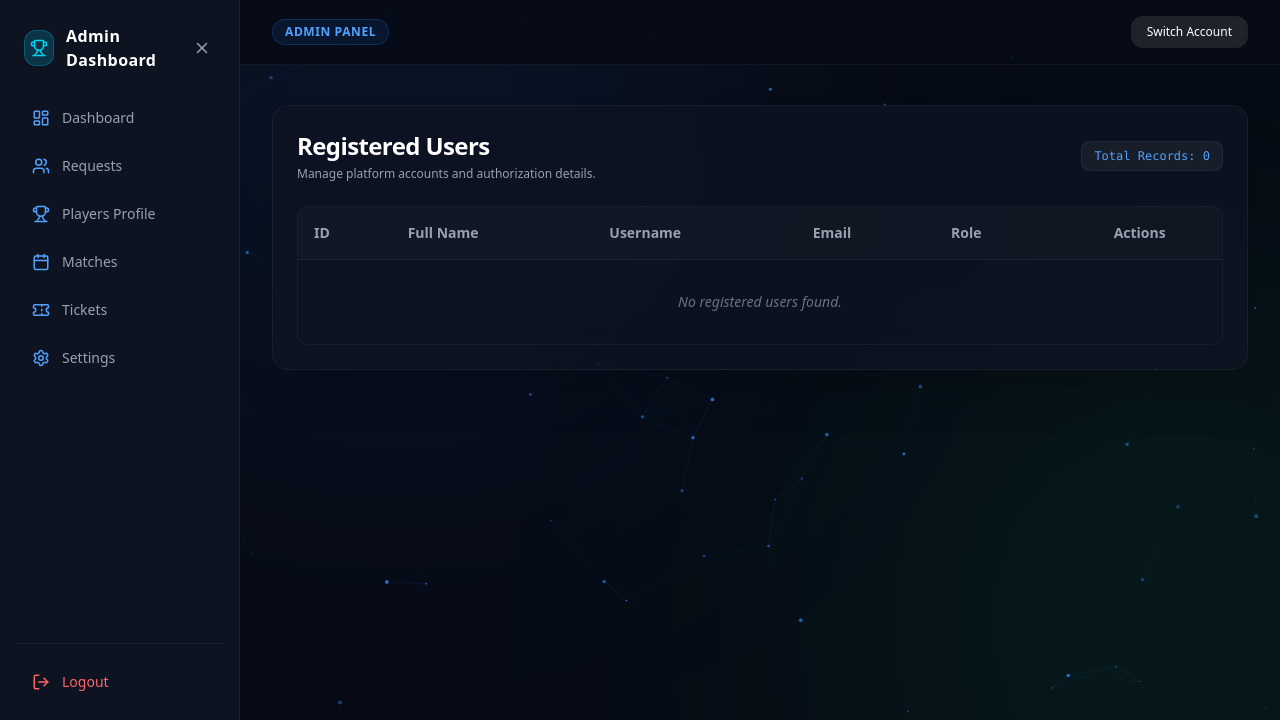
Repository: azeez6789/springboot-footbal-web
Page: /pages/Regrequest (app in client/)
The author's editor kept a copy of each file at every save. The page is drawn from the files as they stood at one save, then again after the next save.
The browser window is 1280 px wide. The pictures show the whole page.
The page's requests for data from a server got no answer. The project was rebuilt for these pictures with package versions that can differ from the ones it lists, and the page was loaded fresh each time. No one was signed in, and anything a server would have sent is missing. Also part of the build but not shown: client/vite.config.js, client/src/common/pages/home.jsx, client/src/common/component/login.jsx, client/src/common/component/register.jsx, client/src/common/component/About.jsx, client/src/common/pages/tournament.jsx, client/src/common/pages/event.jsx, client/src/common/pages/ticket.jsx and 3 more.

Above is the page before, as saved 2026-07-22 13:53:03.

After the next save:
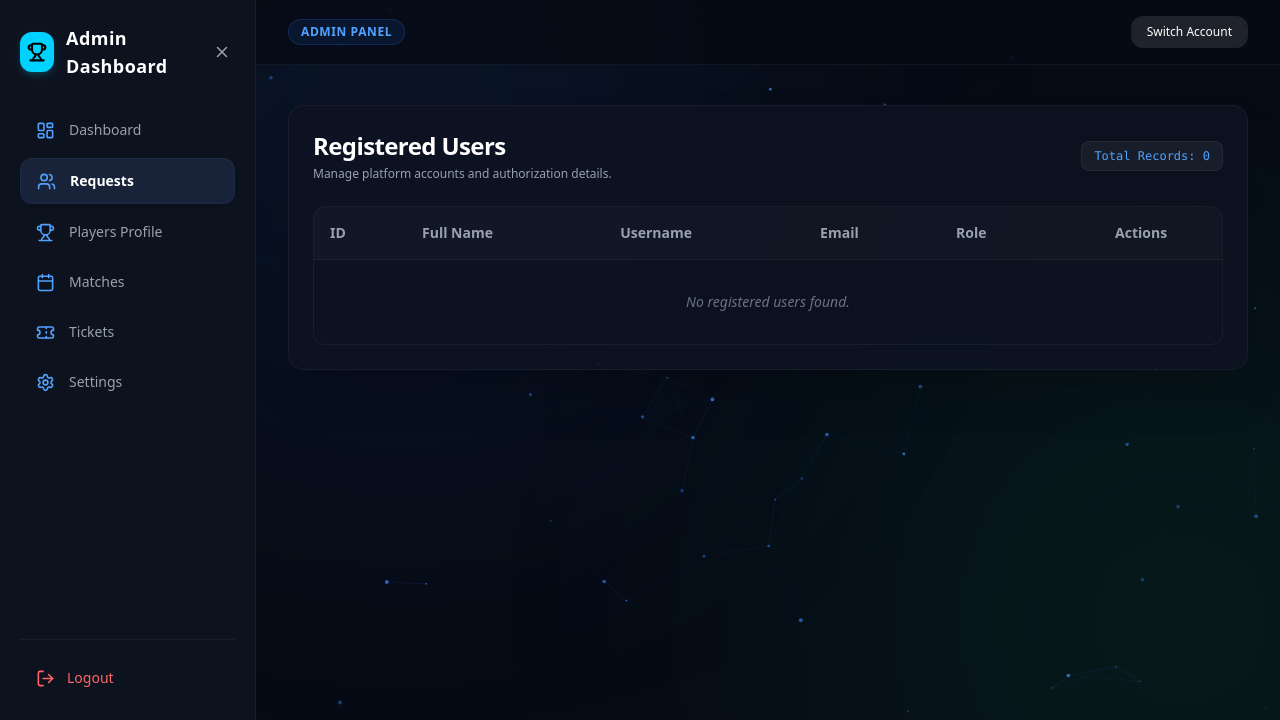
Saved 2 min 6 s later.
--- a/client/src/function-01/pages/registerrequest.jsx
+++ b/client/src/function-01/pages/registerrequest.jsx
@@ -14,33 +14,32 @@ import {
   Settings,
   LogOut,
   X,
-  Search
 } from "lucide-react";
 
 // =========================================================================
-// 🌟 EXACT SIDEBAR COMPONENT (MATCHING DASHBOARD SCREENSHOT)
+// 🌟 SIDEBAR COMPONENT (EXACT SIZE & STYLE OF 2ND IMAGE)
 // =========================================================================
 function Sidebar() {
   const menuClass = ({ isActive }) =>
-    `flex items-center gap-3 px-4 py-3 rounded-xl transition-all duration-200 text-sm font-medium ${
+    `flex items-center gap-3.5 px-4 py-3 rounded-xl transition-all duration-200 text-sm font-medium ${
       isActive
-        ? "bg-blue-600/20 text-white font-semibold shadow-sm border border-blue-500/20"
+        ? "bg-[#182238] text-white font-semibold shadow-sm border border-blue-500/10"
         : "text-gray-400 hover:bg-white/5 hover:text-white"
     }`;
 
   return (
-    <aside className="fixed left-0 top-0 w-60 h-screen bg-[#0e1322] border-r border-white/5 flex flex-col justify-between p-4 z-50">
+    <aside className="fixed left-0 top-0 w-64 h-screen bg-[#0d121f] border-r border-white/5 flex flex-col justify-between p-5 z-50">
 
       {/* ------------------------------------------------------------- */}
-      {/* 📌 SIDEBAR HEADER: LOGO, TITLE & CLOSE BUTTON                  */}
+      {/* 📌 SIDEBAR HEADER                                             */}
       {/* ------------------------------------------------------------- */}
-      <div className="space-y-6">
-        <div className="flex items-center justify-between px-2 pt-2">
+      <div className="space-y-7">
+        <div className="flex items-center justify-between pt-1">
           <div className="flex items-center gap-3">
-            <div className="w-9 h-9 rounded-xl bg-cyan-500/20 text-cyan-400 flex items-center justify-center border border-cyan-500/30">
-              <Trophy size={18} />
+            <div className="w-10 h-10 rounded-xl bg-[#00d2ff] text-black flex items-center justify-center font-bold shadow-md shadow-cyan-500/20">
+              <Trophy size={20} strokeWidth={2.5} />
             </div>
-            <span className="font-bold text-base text-white tracking-wide">
+            <span className="font-bold text-lg text-white tracking-wide">
               Admin Dashboard
             </span>
           </div>
@@ -52,48 +51,48 @@ function Sidebar() {
         {/* ------------------------------------------------------------- */}
         {/* 📌 NAVIGATION MENU LINKS                                      */}
         {/* ------------------------------------------------------------- */}
-        <nav className="space-y-1">
+        <nav className="space-y-1.5">
           <NavLink to="/" className={menuClass}>
-            <LayoutDashboard size={18} className="text-blue-400" />
+            <LayoutDashboard size={19} className="text-blue-400" />
             <span>Dashboard</span>
           </NavLink>
 
-          <NavLink to="/function-01/request" className={menuClass}>
-            <Users size={18} className="text-blue-400" />
+          <NavLink to="/pages/Regrequest" className={menuClass}>
+            <Users size={19} className="text-blue-400" />
             <span>Requests</span>
           </NavLink>
 
           <NavLink to="/function-01/profile" className={menuClass}>
-            <Trophy size={18} className="text-blue-400" />
+            <Trophy size={19} className="text-blue-400" />
             <span>Players Profile</span>
           </NavLink>
 
           <NavLink to="/pages/matches" className={menuClass}>
-            <Calendar size={18} className="text-blue-400" />
+            <Calendar size={19} className="text-blue-400" />
             <span>Matches</span>
           </NavLink>
 
           <NavLink to="/pages/ticket" className={menuClass}>
-            <Ticket size={18} className="text-blue-400" />
+            <Ticket size={19} className="text-blue-400" />
             <span>Tickets</span>
           </NavLink>
 
           <NavLink to="/settings" className={menuClass}>
-            <Settings size={18} className="text-blue-400" />
+            <Settings size={19} className="text-blue-400" />
             <span>Settings</span>
           </NavLink>
         </nav>
       </div>
 
       {/* ------------------------------------------------------------- */}
-      {/* 📌 SIDEBAR FOOTER: LOGOUT BUTTON                              */}
+      {/* 📌 SIDEBAR FOOTER: LOGOUT                                     */}
       {/* ------------------------------------------------------------- */}
       <div className="pt-4 border-t border-white/5">
         <NavLink
           to="/login"
-          className="flex items-center gap-3 px-4 py-3 rounded-xl text-red-400 hover:bg-red-500/10 hover:text-red-300 transition-all font-medium text-sm"
+          className="flex items-center gap-3 px-4 py-3 rounded-xl text-red-400 hover:bg-red-500/10 transition-all font-medium text-sm"
         >
-          <LogOut size={18} />
+          <LogOut size={19} />
           <span>Logout</span>
         </NavLink>
       </div>
@@ -280,22 +279,20 @@ export default function RegisterRequest() {
   return (
     <div className="min-h-screen bg-[#070b15] text-white selection:bg-blue-500/30 relative overflow-hidden font-sans flex">
 
-      {/* ------------------------------------------------------------- */}
-      {/* 📌 RENDER EXACT SIDEBAR HERE                                  */}
-      {/* ------------------------------------------------------------- */}
+      {/* RENDER EXACT SIDEBAR */}
       <Sidebar />
 
       {/* CANVAS BACKGROUND */}
       <StarryBackground />
 
-      {/* BACKGROUND AMBIENT GLOW */}
+      {/* BACKGROUND GLOW */}
       <div className="fixed w-[600px] h-[600px] bg-blue-500/10 blur-[160px] rounded-full top-[-200px] left-[100px] pointer-events-none z-0" />
       <div className="fixed w-[600px] h-[600px] bg-green-400/10 blur-[180px] rounded-full bottom-[-200px] right-[-200px] pointer-events-none z-0" />
 
       {/* ------------------------------------------------------------- */}
-      {/* 📌 MAIN CONTENT AREA (Offset by ml-60 for Sidebar space)       */}
+      {/* 📌 MAIN CONTENT AREA (Offset by ml-64 to match Sidebar w-64)   */}
       {/* ------------------------------------------------------------- */}
-      <main className="flex-1 ml-60 relative z-10 min-h-screen flex flex-col">
+      <main className="flex-1 ml-64 relative z-10 min-h-screen flex flex-col">
 
         {/* HEADER */}
         <header className="sticky top-0 z-40 bg-[#070b15]/80 backdrop-blur-xl border-b border-white/5 px-8 py-4">
@@ -403,7 +400,6 @@ export default function RegisterRequest() {
           {showUserForm && (
             <div className="fixed inset-0 z-50 bg-black/70 backdrop-blur-sm flex items-center justify-center p-4">
               <div className="bg-[#0e1322] border border-white/10 p-6 rounded-2xl w-full max-w-md shadow-2xl space-y-4">
-
                 <div>
                   <h2 className="text-xl font-bold tracking-tight text-white">
                     Update Account Details
